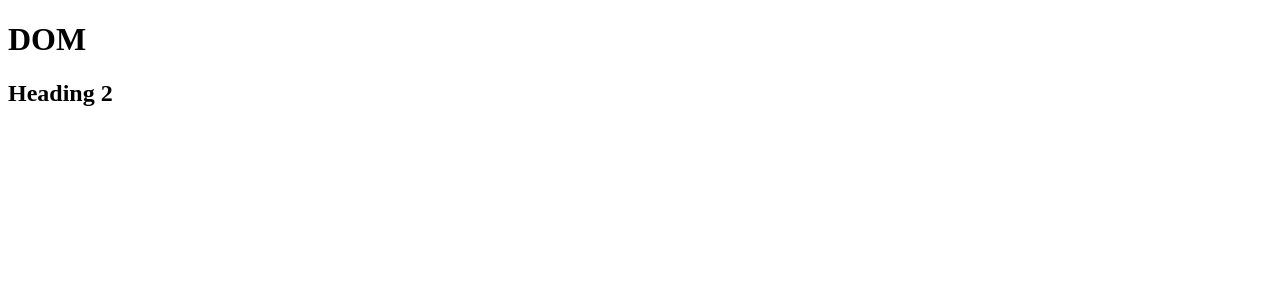
Repository: tannv3201/learn_JS_F8
Page: DOM/index.html
These files come from the project's save history. The page is drawn as it stood at one moment and after the next save; the edit follows.
The browser window is 1280 px wide. The pictures show the whole page.

Above is the page before, as saved 2022-08-06 20:56:39.

After the next save:
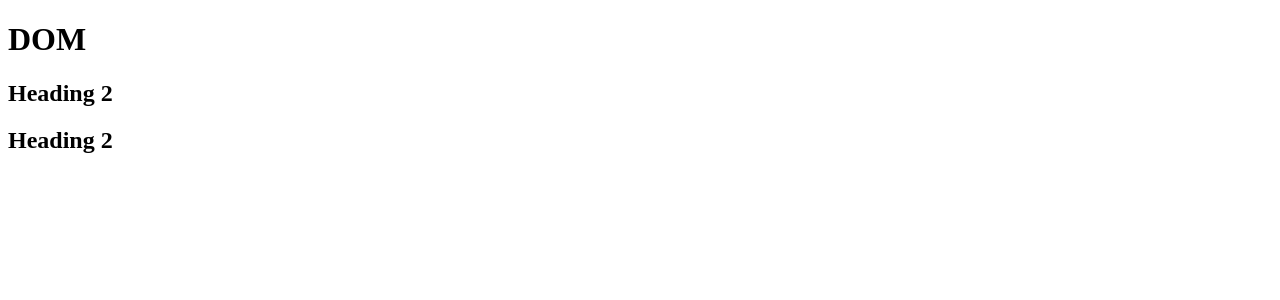
Saved 51 s later.
--- a/DOM/index.html
+++ b/DOM/index.html
@@ -17,6 +17,7 @@
   <p></p>
   <div class="box">
     <h2 class="heading-2">Heading 2</h2>
+    <h2 class="heading-2">Heading 2</h2>
   </div>
   <script src="./main.js"></script>
 </body>
